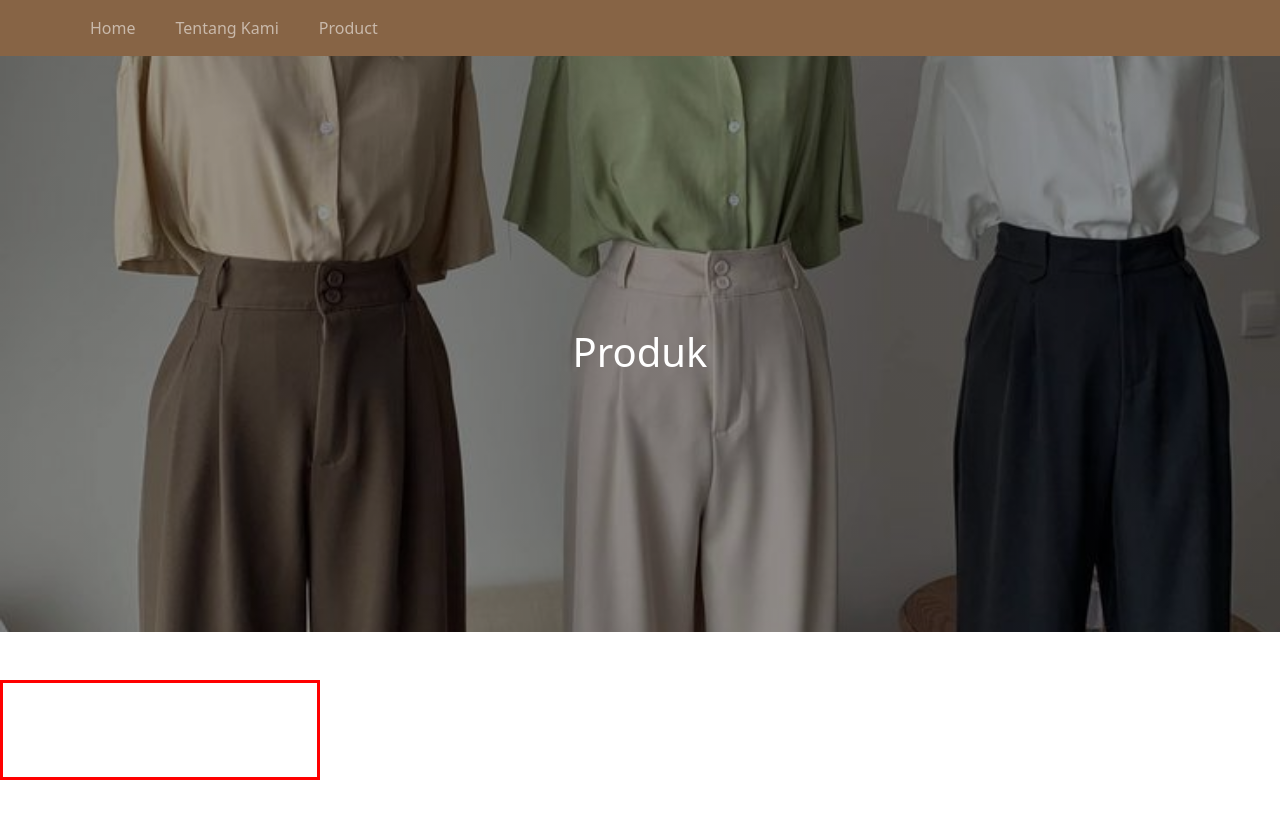
Repository: herman165/tugas_uas
Page: http://localhost/produk.php
The author's editor kept a copy of each file at every save. The page is drawn from the files as they stood at one save, then again after the next save.
The browser window is 1280 px wide. The pictures show the whole page.
The page is run by PHP 8.4 with error messages shown; the project is at /var/www/html/.

Above is the page before, as saved 2024-12-11 03:15:30.

### produk.php

<!DOCTYPE html>
<html lang="en">
<head>
    <meta charset="UTF-8">
    <meta name="viewport" content="width=device-width, initial-scale=1.0">
    <title>Produk-Page</title>
    <link rel="stylesheet" href="bootstrap/css/bootstrap.min.css">
    <link rel="stylesheet" href="fontawesome/css/all.min.css">
    <link rel="stylesheet" href="css/style.css">
</head>
<body>
    <!-- navbar -->
    <?php require "navbar.php" ?>

    <!-- benner -->
     <div class="container-fluid banner d-flex align-items-center">
        <div class="container">
            <h1 class="mt-4 text-white text-center">Produk</h1>
        </div>
     </div>

    <!-- layout produk -->
        <div class="container-fluid py-5">
            <div class="row">
                <div class="col-md-3" style="border: solid red; height: 100px"></div>
                <div class="col-md-6" style=border: solid red; height: 100px"></div>
            </div>
        </div>


    <script src="bootstrap/js/bootstrap.bundle.min.js"></script>
    <script src="fontawesome/js/all.min.js"></script>
</body>
</html>

### navbar.php
<!DOCTYPE html>
<html lang="en">
<head>
    <meta charset="UTF-8">
    <meta name="viewport" content="width=device-width, initial-scale=1.0">
    <title>Responsive Navbar</title>
     <link rel="stylesheet" href="bootstrap/css/bootstrap.min.css">

<style>

        /* Khusus tampilan HP */
        @media (max-width: 480px) {
            .navbar {
                background: linear-gradient(to right, #6a11cb, #2575fc); /* Gradient ungu ke biru */
                box-shadow: 0 4px 6px rgba(0, 0, 0, 0.3); /* Bayangan */
                border-radius: 5px; /* Membuat sudut melengkung */
            }

            .navbar-dark .nav-link {
                color: #ffffff;
                background-color: rgba(255, 255, 255, 0.2); /* Transparan putih */
                margin: 5px;
                padding: 10px;
                border-radius: 5px; /* Melengkung */
                text-align: center;
                transition: background-color 0.3s ease, color 0.3s ease;
            }

            .navbar-dark .nav-link:hover {
                background-color: rgba(255, 255, 255, 0.4); /* Lebih terang saat hover */
                color: #ffcc00; /* Warna kuning keemasan */
            }

            /* Tombol toggler */
            .navbar-dark .navbar-toggler {
                border: none;
                background-color: #ffffff; /* Putih */
                padding: 5px;
                border-radius: 3px; /* Melengkung */
            }

            .navbar-dark .navbar-toggler-icon {
                background-color: #6a11cb; /* Ungu */
                border-radius: 2px;
                width: 25px;
                height: 3px;
            }
        }

</style>

</head>
<body>
    <nav class="navbar navbar-expand-lg navbar-dark warna1">
        <div class="container">
            <button class="navbar-toggler" type="button" data-bs-toggle="collapse" data-bs-target="#navbarSupportedContent" aria-controls="navbarSupportedContent" aria-expanded="false" aria-label="Toggle navigation">
                <span class="navbar-toggler-icon"></span>
            </button>
            <div class="collapse navbar-collapse" id="navbarSupportedContent">
                <ul class="navbar-nav me-auto mb-2 mb-lg-0">
                    <li class="nav-item me-4 ">
                        <a class="nav-link " href="index.php">Home</a>
                    </li>
                    <li class="nav-item me-4 ">
                        <a class="nav-link" href="tentang-kami.php">Tentang Kami</a>
                    </li>
                    <li class="nav-item me-4 ">
                        <a class="nav-link" href="produk.php">Product</a>
                    </li>
                </ul>
            </div>
        </div>
    </nav>

    <script src="bootstrap/js/bootstrap.bundle.min.js"></script>
</body>
</html>

### css/style.css
.warna1 {
    background-color: #876445;
}
.warna2 {
    background-color: #CA965C;
}
.warna3 {
    background-color: #EEC373;
}
.warna4 {
    background-color: #F4DFBA;
}
.banner {
    height: 80vh; /* Mengisi seluruh tinggi layar */
    background: linear-gradient(rgba(0, 0, 0, 0.4), rgba(0, 0, 0, 0.4)), url('../image/benner\ new.jpg');
    background-size: cover; /* Memastikan gambar menutupi seluruh elemen */
    background-position: center; /* Memusatkan gambar */
    background-repeat: no-repeat; /* Mencegah gambar diulang */
}



@media (max-width: 768px) {
    .banner {
        height: 30vh;
    }
}
.highlighted-kategori{
    height: 250px;

}
.no-decoration{
    text-decoration: none;
    color:white;
}
.no-decoration:hover {
    color: #EEC373;
}

.kategori-baju-pria {
  background: linear-gradient(rgba(0, 0, 0, 0.4), rgba(0, 0, 0, 0.4)), url('../image/baju\ pria.jpg');
  background-size: cover;
  background-position: center;
  background-repeat: no-repeat;
}
.kategori-baju-wanita {
  background: linear-gradient(rgba(0, 0, 0, 0.4), rgba(0, 0, 0, 0.4)), url('../image/baju\ wanita.jpg');
  background-size: cover;
  background-position: center;
  background-repeat: no-repeat;

}
.kategori-sepatu-pria {
  background: linear-gradient(rgba(0, 0, 0, 0.4), rgba(0, 0, 0, 0.4)), url('../image/Vans\ Old\ Skool\ Sneakers\ in\ Black_White\ _\ VN000D3HY28\ -\ Men\ 13_Wmn\ 14_5\ _\ Black.jpg');
  background-size: cover;
  background-position: center;
  background-repeat: no-repeat;
}
.kategori-jam-pria {
  background: linear-gradient(rgba(0, 0, 0, 0.4), rgba(0, 0, 0, 0.4)), url('../image/Kegllect\ Men\ Life\ Waterproof\ Quartz\ Watch\ Mens\ Large\ Dial\ Sport\ Wristwatch\ Jam\ Tangan\ Lelaki.jpg');
  background-size: cover;
  background-position: center;
  background-repeat: no-repeat;
}
.text-harga{
    font-size: 20px;
    color:#CA965C;
}
.image-box {
    height: 200px;
}
.image-box img{
    height: 100%;
    width: 100%;
    object-fit: cover;
    object-position: center;
}
.subscribe-content {
    background-color: rgba(0, 0, 0, 0.7);
}
.subscribe-content a {
    color: #fff
}
.bounce-icon {
    font-size: 50px;
    color: #fff;
    animation: wave 2s infinite;
}
@keyframes wave {
    0% {
        transform: translateX(0) translateY(0);
    }
    40% {
        transform: translateX(10px) translateY(-10px);
    }
    50% {
        transform: translateX(-10px) translateY(10px);
    }
    60% {
        transform: translateX(10px) translateY(10px);
    }
    80% {
        transform: translateX(-10px) translateY(-10px);
    }
    100% {
        transform: translateX(0) translateY(0);
    }
}

Loaded but not shown: bootstrap/css/bootstrap.min.css (library); fontawesome/css/all.min.css (library); bootstrap/js/bootstrap.bundle.min.js (library)

After the next save:
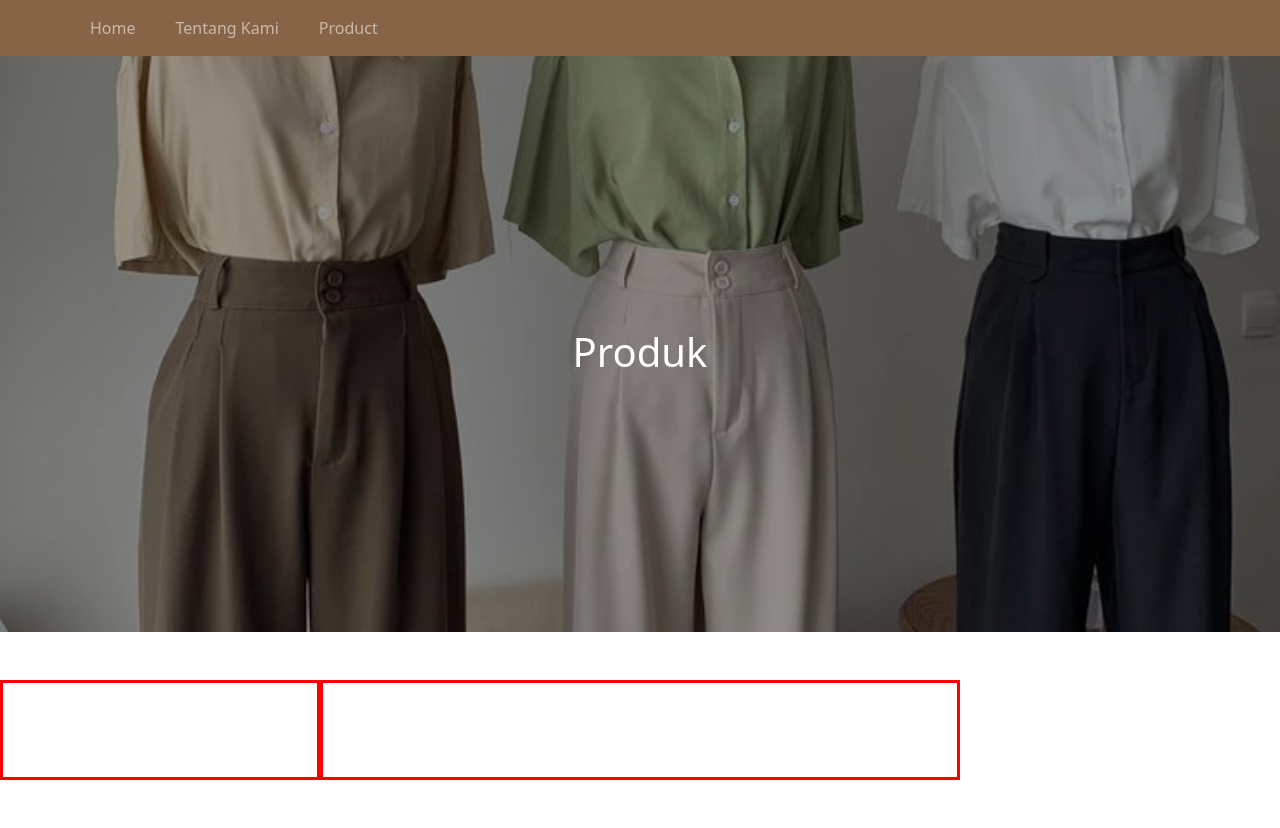
Saved 5 s later.
--- a/produk.php
+++ b/produk.php
@@ -24,7 +24,7 @@
         <div class="container-fluid py-5">
             <div class="row">
                 <div class="col-md-3" style="border: solid red; height: 100px"></div>
-                <div class="col-md-6" style=border: solid red; height: 100px"></div>
+                <div class="col-md-6" style="border: solid red; height: 100px"></div>
             </div>
         </div>
 
